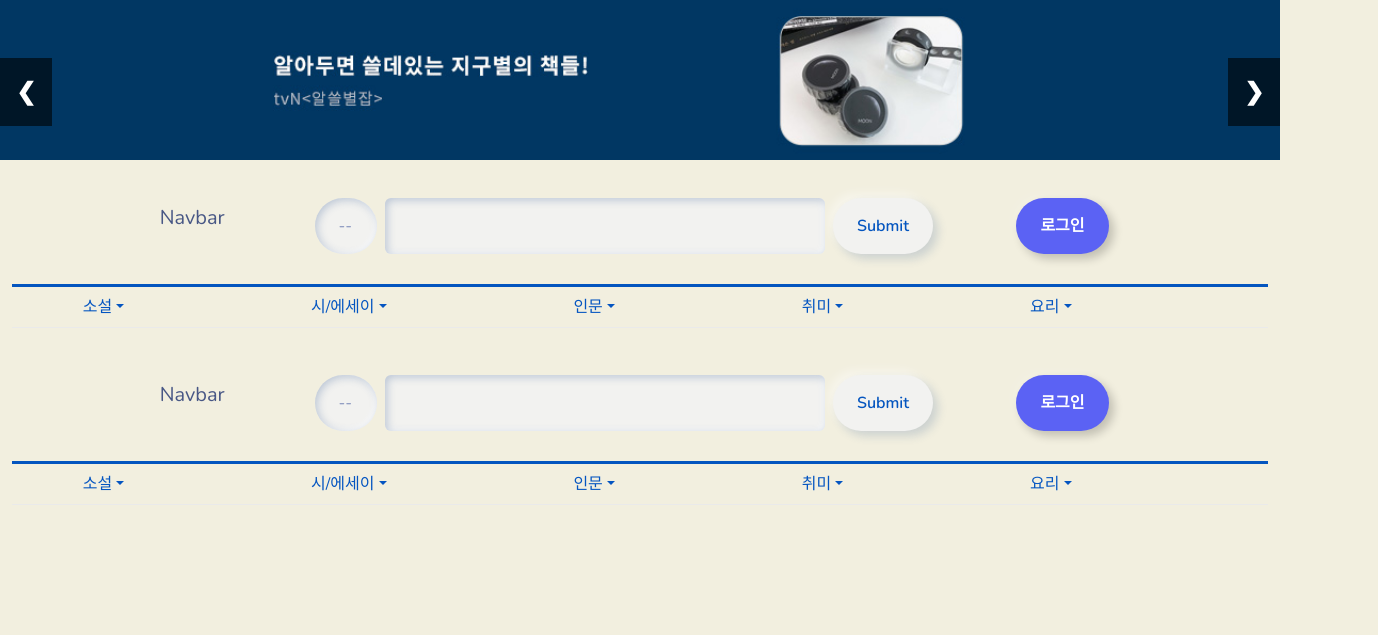
Repository: BusyGuy00/SpringworkspaceStudy
Page: http://localhost/a_manager/WEB-INF/views/product/list.jsp
An editor plug-in stored every save of this project. The page is shown before and after the next save, followed by the edit.
The browser window is 1280 px wide. The page is 1378 px wide, so the pictures cover 1378 px, including what lies to the right of the window. The pictures show the whole page.
The page is served by Tomcat 9. Nobody is signed in. Other server files are loaded and not shown. The template is opened directly, without the code that normally fills it, so the values that code supplies are empty.

Above is the page before, as saved 2023-09-08 00:35:16.

### a_manager/src/main/webapp/WEB-INF/views/product/list.jsp
<%@ page language="java" contentType="text/html; charset=UTF-8"
    pageEncoding="UTF-8"%>

<!DOCTYPE html>
<html>
<head>
<meta charset="UTF-8">
<title>Insert title here</title>
<%@ taglib prefix="fmt" uri="http://java.sun.com/jsp/jstl/fmt"%>
<%@ taglib prefix="c" uri="http://java.sun.com/jsp/jstl/core" %>
<link href="${path}/resources/css/bootstrap.css" rel="stylesheet"/>
<link href="${path}/resources/css/style.css" rel="stylesheet"/>
</head>
<script src="https://ajax.googleapis.com/ajax/libs/jquery/3.6.0/jquery.min.js"></script>

<body>
<div class="banner">
	<div class="slideshow-container">
		<ul class="slides">
			<li>
				<img src="/resources/img/1.jpg">
			</li>
			<li>
				<img src="/resources/img/2.jpg">
			</li>
			<li>
				<img src="/resources/img/3.jpg">
			</li>
		</ul>
		<div>
		<a class="prev" onclick="plusSlides(-1)">&#10094;</a>
		<a class="next" onclick="plusSlides(1)">&#10095;</a>
		</div>
	</div>
</div>
<%@ include file="../include/header.jsp" %>

<div>
	<form class="list_form" method = "post" name="frm"  action="/sale/insert">
		<div class="flex-container">
			<c:forEach items="${list}" var="board">
			<input type="hidden" name="${_csrf.parameterName}" value="${_csrf.token}" />
				<div class="book_list" >
					<ul class="book_list_ul"><a href='/product/view?bookid=${board.bookid}'>
						<li ><img src="/display?filename=${board.fullname}" class="list_img"></li>
						</a>
						<li><c:out value="${board.category}"></c:out></li>
						<li><c:out value="${board.pname}"></c:out></li>
						<li><c:out value="${board.writer}"></c:out></li>
						<li><c:out value="${board.price}"></c:out></li>
						<li><c:out value="${board.count}"></c:out></li>
					</ul>
				</div>
			</c:forEach>
		</div>
	</form>

</div>
<%@ include file="../include/header.jsp" %>
<script src="https://ajax.googleapis.com/ajax/libs/jquery/3.6.0/jquery.min.js"></script>
<script>
var slideIndex = 0;
var slides = document.querySelectorAll('.slides li');
var autoSlideInterval = 5000; // 3초마다 자동 전환

function showSlides() {
  for (var i = 0; i < slides.length; i++) {
    slides[i].style.display = 'none';
  }
  slideIndex++;
  if (slideIndex > slides.length) {
    slideIndex = 1;
  }
  slides[slideIndex - 1].style.display = 'block';
  setTimeout(showSlides, autoSlideInterval);
}

function plusSlides(n) {
  showSlides(slideIndex += n);
}

// 페이지 로드 시 슬라이드 쇼 시작
showSlides();
</script>

</body>
</html>

### a_manager/src/main/webapp/WEB-INF/views/include/header.jsp
<%@ page language="java" contentType="text/html; charset=UTF-8"
    pageEncoding="UTF-8"%>
<%@ taglib prefix="sec" uri="http://www.springframework.org/security/tags" %>
<%@ taglib prefix="c" uri="http://java.sun.com/jsp/jstl/core" %>
<!DOCTYPE html>
<html>
<head>
<meta charset="UTF-8">
<title>Insert title here</title>
<link href="${path}/resources/css/bootstrap.css" rel="stylesheet"/>
<link href="${path}/resources/css/style.css" rel="stylesheet"/>
</head>
<body>
<nav class="navbar navbar-expand-lg bg-light" data-bs-theme="light">
  <div class="container-fluid">

    <div class="top_menu">
    <a class="navbar-brand" href='/product/list'>Navbar</a>
    <div class="top_menu_search" >
		<form class="d-flex" action="/product/list" method="get">
			<input type="hidden" name="${_csrf.parameterName}" value="${_csrf.token}" />
				<select class="selected form-control me-sm-2" id="" name="type">
					<option class="optionList" value="">----</option>
					<option class="optionList" value="T"  <c:out value="${pageMaker.cri.type == 'T' ? 'selected' : ''}"/>>제목</option>
					<option class="optionList" value="C" <c:out value="${pageMaker.cri.type == 'C' ? 'selected' : ''}"/>>저자</option>
					<option class="optionList" value="W" <c:out value="${pageMaker.cri.type == 'W' ? 'selected' : ''}"/>>내용</option>
					<option class="optionList" value="TC" <c:out value="${pageMaker.cri.type == 'TC' ? 'selected' : ''}"/>>제목,저자</option>
					<option class="optionList" value="TW" <c:out value="${pageMaker.cri.type == 'TW' ? 'selected' : ''}"/>>제목,내용</option>
					<option class="optionList" value="TCW" <c:out value="${pageMaker.cri.type == 'TCW' ? 'selected' : ''}"/>>제목,저자,내용</option>
				</select>
			<input  class="form-control me-sm-2" type="text" name="keyword" value="${pageMaker.cri.keyword}"/>
			<input class="btn btn-secondary my-2 my-sm-0" type="submit">
		</form>
	</div>
	<sec:authorize access="isAnonymous()">
	<div class="login_button">
		<a href="../customLogin" ><button type="button" class="btn btn-outline-info">로그인</button></a>
	</div>
	</sec:authorize>
	<div  class="log_info">
		<sec:authentication property="principal" var="pinfo"/>
		<sec:authorize access="isAuthenticated()">
		<div class="card-body login_button">
		    <h4 class="card-title">${pinfo.username}님 환영 합니다.</h4>
		   <div class="login_info">
				<button  onclick="location.href='/sale/pricelist/${pinfo.username}'" type="submit" class="btn btn-primary btn-sm">구매리스트</button>
			    <form action="/customLogout" method="post">
					<input type="hidden"  name="${_csrf.parameterName}" value="${_csrf.token}"/>
					<button  type="submit" class="btn btn-primary btn-sm">로그아웃</button>
				</form>
				<a href="../product/insert"><button  type="submit" class="btn btn-primary btn-sm">상품 추가</button></a>
			</div>
		 </div>
		</sec:authorize>
	</div>
	</div>
    <button class="navbar-toggler" type="button"
    	data-bs-toggle="collapse" data-bs-target="#navbarColor03"
    		aria-controls="navbarColor03" aria-expanded="false"
    			aria-label="Toggle navigation">
      <span class="navbar-toggler-icon"></span>
    </button>
    <div class="collapse navbar-collapse" id="navbarColor03">
      <ul class="navbar-nav me-auto">
       <li class="nav-item dropdown">
          <a class="nav-link dropdown-toggle" data-bs-toggle="dropdown" href="#" role="button" aria-haspopup="true" aria-expanded="false">소설</a>
          <div class="dropdown-menu">
          	<a class="dropdown-item" href="/product/list?category=소설" > 소설</a>
            <a class="dropdown-item" href="/product/list?category=한국소설">한국 소설</a>
            <a class="dropdown-item" href="/product/list?category=영미소설">영미 소설</a>
          </div>
        </li>
        <li class="nav-item dropdown">
          <a class="nav-link dropdown-toggle" data-bs-toggle="dropdown" href="#" role="button" aria-haspopup="true" aria-expanded="false">시/에세이</a>
          <div class="dropdown-menu">
          	<a class="dropdown-item" href="/product/list?category=시">시 전체</a>
            <a class="dropdown-item" href="/product/list?category=시">시/에세이</a>
           </div>
        </li>
        <li class="nav-item dropdown">
          <a class="nav-link dropdown-toggle" data-bs-toggle="dropdown" href="#" role="button" aria-haspopup="true" aria-expanded="false">인문</a>
          <div class="dropdown-menu">
            <a class="dropdown-item" href="/product/list?category=인문학">인문학 전체</a>
            <a class="dropdown-item" href="/product/list?category=인문학">심리학</a>
            <a class="dropdown-item" href="/product/list?category=인문학">교육학</a>
          </div>
        </li>
        <li class="nav-item dropdown">
          <a class="nav-link dropdown-toggle" data-bs-toggle="dropdown" href="#" role="button" aria-haspopup="true" aria-expanded="false">취미</a>
          <div class="dropdown-menu">
          	<a class="dropdown-item" href="/product/list?category=쥐미">취미 전체</a>
            <a class="dropdown-item" href="/product/list?category=쥐미">가정원예</a>
            <a class="dropdown-item" href="/product/list?category=쥐미">홈인테리어</a>
            <a class="dropdown-item" href="/product/list?category=쥐미">생활공예</a>
          </div>
        </li>
        <li class="nav-item dropdown">
          <a class="nav-link dropdown-toggle" data-bs-toggle="dropdown" href="#" role="button" aria-haspopup="true" aria-expanded="false">요리</a>
          <div class="dropdown-menu">
            <a class="dropdown-item" href="/product/list?category=요리">요리 전체</a>
            <a class="dropdown-item" href="/product/list?category=요리">요리 에세이</a>
            <a class="dropdown-item" href="/product/list?category=요리">테마별 요리</a>
          </div>
        </li>
      </ul>

    </div>
  </div>
</nav>
<script>
document.addEventListener("DOMContentLoaded", function() {
  // 드롭다운 토글 버튼
  var dropdownToggleList = document.querySelectorAll(".dropdown-toggle");
  dropdownToggleList.forEach(function(dropdownToggle) {
    dropdownToggle.addEventListener("click", function(event) {
      // 드롭다운 토글 버튼이 클릭될 때 드롭다운 메뉴를 토글
      event.preventDefault();
      event.stopPropagation();
      var dropdownMenu = this.nextElementSibling;
      if (dropdownMenu) {
        dropdownMenu.classList.toggle("show");
        this.setAttribute("aria-expanded", dropdownMenu.classList.contains("show"));
      }
    });
  });

  // 클릭하면 모든 드롭다운 메뉴를 닫음
  document.addEventListener("click", function(event) {
    var dropdownMenus = document.querySelectorAll(".dropdown-menu");
    dropdownMenus.forEach(function(dropdownMenu) {
      dropdownMenu.classList.remove("show");
    });
    var dropdownToggleList = document.querySelectorAll(".dropdown-toggle");
    dropdownToggleList.forEach(function(dropdownToggle) {
      dropdownToggle.setAttribute("aria-expanded", "false");
    });
  });
});

//로그아웃 버튼

$(".logout").on("click", function(e){
	let csrfHeaderName = "${_csrf.headerName}";
	let csrfTokenValue = "${_csrf.token}";
	$.ajax({
		url: '../customLogout',
		type: 'POST',
		data: "text",
		beforeSend:function(xhr){
			xhr.setRequestHeader(csrfHeaderName, csrfTokenValue);
		},

	})
});

</script>
</body>
</html>

### a_manager/src/main/webapp/resources/css/style.css
@charset "UTF-8";
* { margin: 0; padding: 0; box-sizing: border-box;}
a {text-decoration: none; color:inherit; }
img { vertical-align: top;  }
body {
    width: 100%;
    height: 100%;
}
table {
    border-collapse: collapse;
}
li { list-style: none;}
h1, h2, h3, h4, h5, h6 {
    font-weight: normal;
}
address {
    font-style: normal;
}
input, select {
    outline: none;
}
.clearboth::after {
    content: "";
    display: block;
    clear:both;
}

.selected {
	border-radius: 30px;
	border : none;
	width : 10%;
}

.optionList {
  position: absolute;
  top: 28px;
  left: 0;
  width: 100%;
  list-style-type: none;
  padding: 0;
  border-radius: 10px;
  overflow: hidden;
  max-height: 0;
  transition: .3s ease-in;
}

.top_menu{
	width: 100%;
	padding-bottom: 30px;
	display: flex;
	justify-content: space-between;
	margin-left: 110px;
}
.top_menu_search{
	width: 50%
}
.login_button{
	margin-right: 70px;
}
.log_info{
	margin-right: 10%;

}
.login_info{
	display: flex;
	justify-content: space-around;
	margin-top: 10px;

}
.my_page{
 display: flex;
  flex-direction: column;
  padding-left: 0;
  margin-bottom: 0;
  list-style: none;
  text-align: center;
}

/*리스트 페이지 이미지*/
.list_img{
	width: 250px;
	height: 350px;
}

.flex-container {
    display: flex;
    flex-wrap: wrap;
    justify-content:  flex-start; /* 요소 사이의 간격 조절 (선택 사항) */
    margin-left: 10%;
}
.book_list{
	display: flex;
	width: 100%;
	flex: 0 0 calc(24% - 20px); /* 각 항목의 너비 조절 (4개 항목이 한 줄에 들어가도록 24%로 설정) */
    margin-bottom: 20px; /* 항목 간의 아래 여백 추가 (선택 사항) */
}
.book_list_ul{
	isplay: flex;
    justify-content: flex-start;
    height: 500px;
    align-items: center;
    flex-direction: column;
    width: 73%;
	padding: 50px 50px 35px 50px;
	margin-left: 10px;
}
.list_form{
	display: flex;
}
/*리스트 페이지 */
.banner{
	width: 100%;
	position: relative;
    overflow: hidden;

}
.banner ul {
	width: 100%;
}
.banner ul li {
	width: 100%;
}

/* 슬라이드 쇼 컨테이너 스타일 */
/* 슬라이드 목록 스타일 */
.slideshow {
    list-style-type: none;
    padding: 0;
    margin: 0;
    width: 100%;
    display: flex;
    transition: transform 1s ease;
}
/* 슬라이드 컨테이너 스타일 */
.slideshow-container {
  position: relative;
  max-width: 100%;
  margin: auto;
}

/* 각 슬라이드 스타일 */
.slides {
  list-style: none;
  padding: 0;
  margin: 0;
  overflow: hidden;
  position: relative;
}

/* 각 슬라이드 아이템 스타일 */
.slides li {
  display: none;
  float: left;
}

/* 슬라이드 이미지 스타일 */
.slides img {
  width: 100%;
  height: auto;
}

/* 이전/다음 버튼 스타일 */
.prev{
  cursor: pointer;
  position: absolute;
  top: 50%;
  width: auto;
  padding: 16px;
  margin-top: -22px;
  background-color: rgba(0, 0, 0, 0.6);
  color: #fff;
  font-weight: bold;
  font-size: 24px;
  transition: background-color 0.3s ease;
}
.next {
  cursor: pointer;
  position: absolute;
  top: 50%;
  right: 0%;
  width: auto;
  padding: 16px;
  margin-top: -22px;
  background-color: rgba(0, 0, 0, 0.6);
  color: #fff;
  font-weight: bold;
  font-size: 24px;
  transition: background-color 0.3s ease;
}

/* 이전/다음 버튼 호버 시 스타일 */
.prev:hover, .next:hover {
  background-color: rgba(0, 0, 0, 0.8);
}


/* 뷰 페이지*/
.top_line{
	border: 1px solid rgb(3,37,140,0.1);
}
#book_table {
	display: flex;
	justify-content: space-around;
    align-items: center;
    padding-top: 5%;
    width: 60%;
    margin: 0 auto;
}
.view_img> ul:nth-child(1) li{
	font-size: xx-large;
	margin-bottom: 5px;
	color : #03258C;
	font-weight: bolder;
}
.view_buy{
	display: flex;
	flex-direction: column;
    align-items: flex-start;
    color: #3D3840;
    font-size: large;
    font-weight: 600;
    margin-top: 80px;
}
.view_buy > ul:nth-child(1) li{
	color : #03258C;
	font-size: xx-large;
	font-weight: bolder;
}
.view_buy ul {
	margin-bottom: 37px;
}
.view_info {
	color: #3D3840;
	font-size: large;
	font-weight: bold;
}
.view_admin_btn{
	width: 100px;
	margin-top: 10px;
    font-size: small;
}
.view_admin_btn2{
	width: 75px;
    font-size: small;
    margin-top: 16px;
}
.review{
	display: flex;
	flex-direction: column-reverse;
    flex-wrap: nowrap;
    margin-top: 98px;
    border-top: 1px solid;
    padding-top: 58px
}

.reviw_area{
	width: 40%;
    margin-left: 29%;
}
.review_box{
	width: 100%;
}
.review_text{
	width: 100%;
	margin-top: 1%;
    margin-bottom: 2%;
}
.review_conment{
	width: 100%;
	margin-left: 29%;
}
.review_conment_box{
	width: 40%;
}
.review_conment_box_div{
	border-bottom: 1px solid;
	margin-bottom: 20px;
	margin-top: 10px;
}
.review_box input{
	margin-left:88%;
}
.commentflexBtn{
	margin-left: 88%;
}

/*인설트 페이지*/
.insert_page h2{
	margin-left: 32%;
	padding-bottom: 31px;
    margin-top: 50px;
    width: 600px;
    border-bottom: 1px solid;
}
.insert_info{
	display: flex;
	justify-content: space-around;
	margin-right: 100px;
	margin-top: 60px;
}
.insert_info ul li{
	padding-bottom: 30px;

}
.insert_info select {
	margin-left: 68px;
}
.insert_select{
	width: 186px;
    margin: 0 auto;
}
.insert_form{
	width: 255px;
}
.insert_btn{
	display: flex;
	justify-content: space-around;
}

/* 장바구니 페이지  */
.cartlist_h2{
	margin-left: 200px;
    margin-top: 40px;
    margin-bottom: 20px;
}
.cart_table{
	display: flex;
	justify-content: space-evenly;
    text-align: center;
	flex-wrap: wrap;
	margin-left: 20%
}
.cart_table tr {
	margin-bottom: 10px
}
.table_title{
	border-bottom: 1px solid;
	height: 30px;
    width: 100%;
    display: flex;
    justify-content: space-around;

}
.table_info{
	margin-top: 10px;
	display: flex;
	align-items: center;
    width: 100%;
}
.table_info_box{
	display: flex;
	margin-right: 70px;
	width: 580px;
}
.table_info_li{
	display: flex;
    flex-direction: column;
    align-items: flex-start;
    margin-top: 60px;
    margin-left: 20px;
    font-size: 20px;
}
.table_info_li div{
	margin-bottom: 60px;
	color: rgb(3 37 140)
}
.table_info_li> div:nth-child(1){
	font-size: 30px;
	color: #03258C;
	font-weight: 900;
}
.cart_count{
	width: 30px;
	border: none;
	background: transparent;
	padding-left: 10px;
}
.cart_sale{
	display: flex;

}
.cart_btn{
	padding: 5px;
}
.table_info_btn{
	width: 100px;
}
.cart_delete{
	margin-left: 45px;
}
.cart_line{
	color: rgb(3,37,140,0.1);
	width: 70%;
	border: 1px solid;
	margin-right: 80px;
}

/*구매 확인 페이지*/
.pricelist_table{
	margin: 0 auto;
	display: flex;
    flex-direction: column;
    margin-left: 30%;
	margin-top: 50px;
	color: rgb(3 37 140);
}
.pricelist_table> ul {
	display: flex;
	justify-content: space-around;
	flex-direction: column;
	font-size: xx-large;
}
.pricelist_info{
	display: flex;
	flex-direction: column;
	margin-left: 5%;
	margin-top: 50px;
}
.pricelist_btn{
	display: flex;
    justify-content: space-around;
    margin: -32px;
}



/*로그인 페이지*/
.login {
	display: flex;
	flex-direction: column;
	margin: 150px;
}
.login_page{
	display: flex;
    /* margin: 0 auto; */
    width: 100%;
    height: 100vh;
    justify-content: space-around;
}

### a_manager/src/main/webapp/WEB-INF/views/include/Footer.jsp
<%@ page language="java" contentType="text/html; charset=UTF-8"
    pageEncoding="UTF-8"%>
<!DOCTYPE html>
<html>
<head>
<meta charset="UTF-8">
<title>Insert title here</title>
<link href="${path}/resources/css/bootstrap.css" rel="stylesheet"/>
<link href="${path}/resources/css/style.css" rel="stylesheet"/>
</head>
<body>
<%@ include file="../include/header.jsp" %>
<div>
<div>
<ul>
	<li>
		퓨즈북스
	</li>
	<li>
		제작자 : 손병준
	</li>
</ul>
<div>
	<address> 퓨즈북스 : 울산 남구 </address>
</div>
</div>
</div>


</body>
</html>
</body>
</html>

Loaded but not shown: a_manager/src/main/webapp/resources/css/bootstrap.css (library)

After the next save:
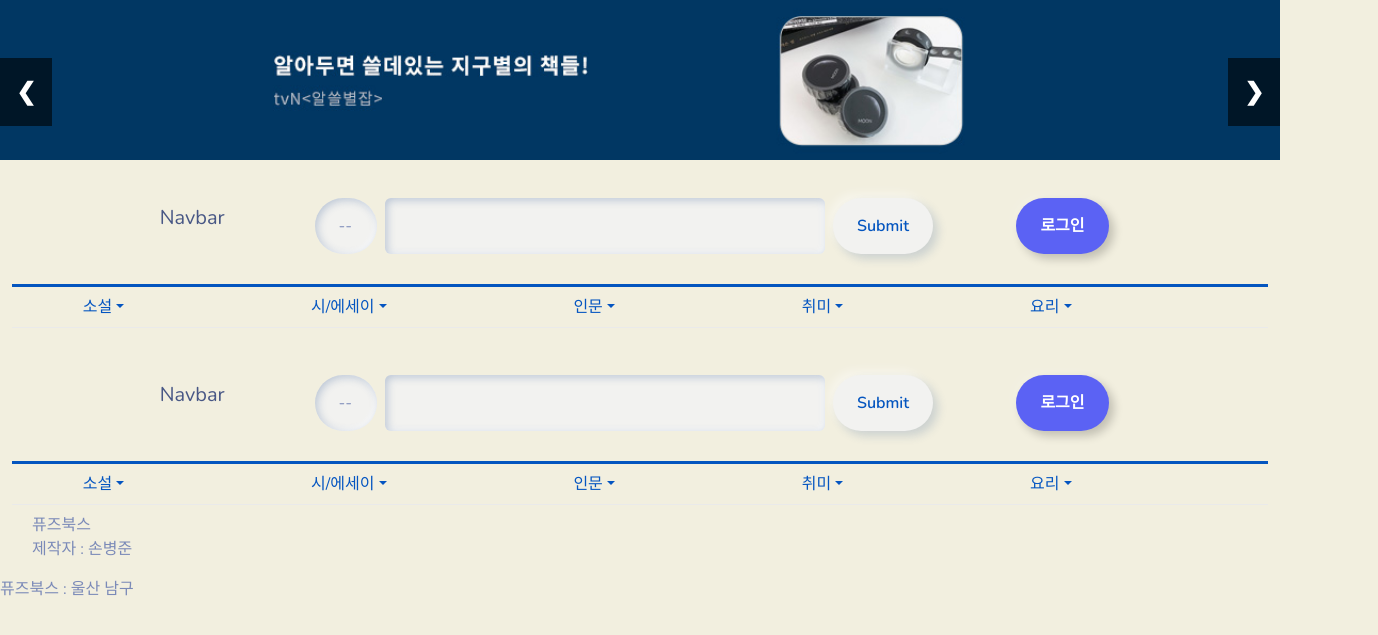
Saved 13 s later.
--- a/a_manager/src/main/webapp/WEB-INF/views/product/list.jsp
+++ b/a_manager/src/main/webapp/WEB-INF/views/product/list.jsp
@@ -56,7 +56,7 @@
 	</form>
 
 </div>
-<%@ include file="../include/header.jsp" %>
+<%@ include file="../include/Footer.jsp" %>
 <script src="https://ajax.googleapis.com/ajax/libs/jquery/3.6.0/jquery.min.js"></script>
 <script>
 var slideIndex = 0;
